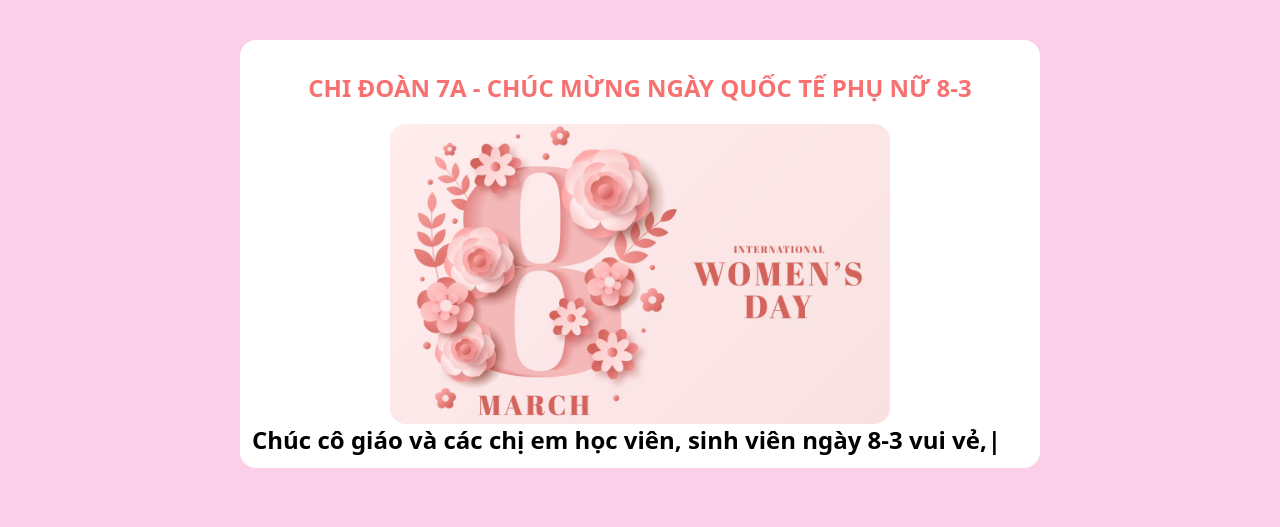
Repository: hoang0508/web-837A
Page: /
An editor plug-in stored every save of this project. The page is shown before and after the next save, followed by the edit.
The browser window is 1280 px wide. The pictures show the whole page.
Some web fonts or font styles are not loaded; a fallback is used. The project was rebuilt for these pictures with package versions that can differ from the ones it lists, and the page was loaded fresh each time. Also part of the build but not shown: vite.config.js.

Above is the page before, as saved 2025-02-28 19:04:41.

After the next save:
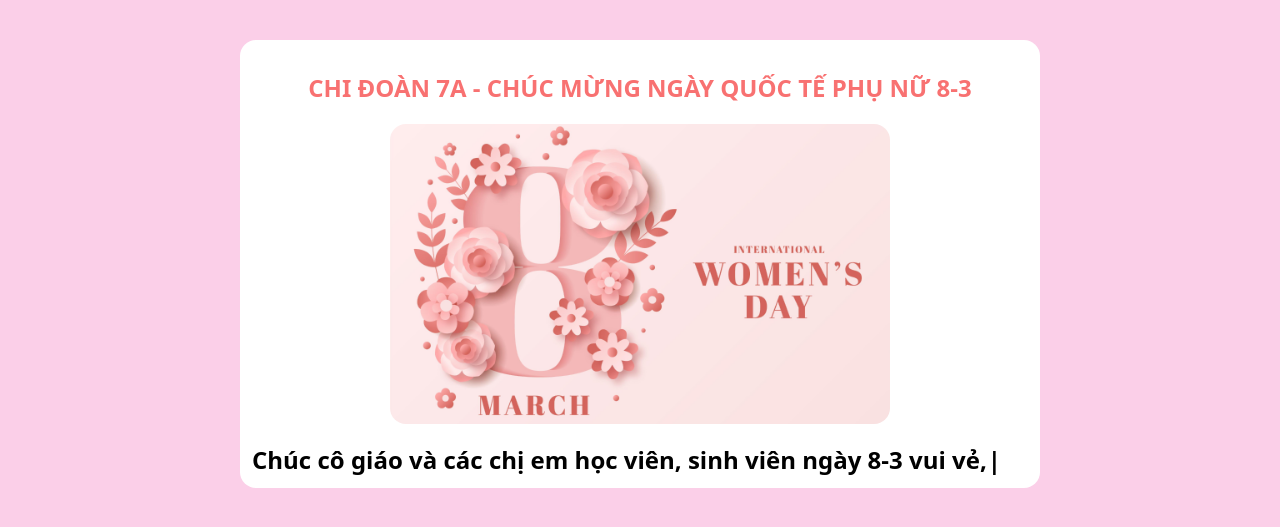
Saved 28 s later.
--- a/src/index.css
+++ b/src/index.css
@@ -33,3 +33,7 @@ body {
   font-size: 16px;
   line-height: 1;
 }
+
+.Typewriter {
+  margin-top: 20px;
+}
